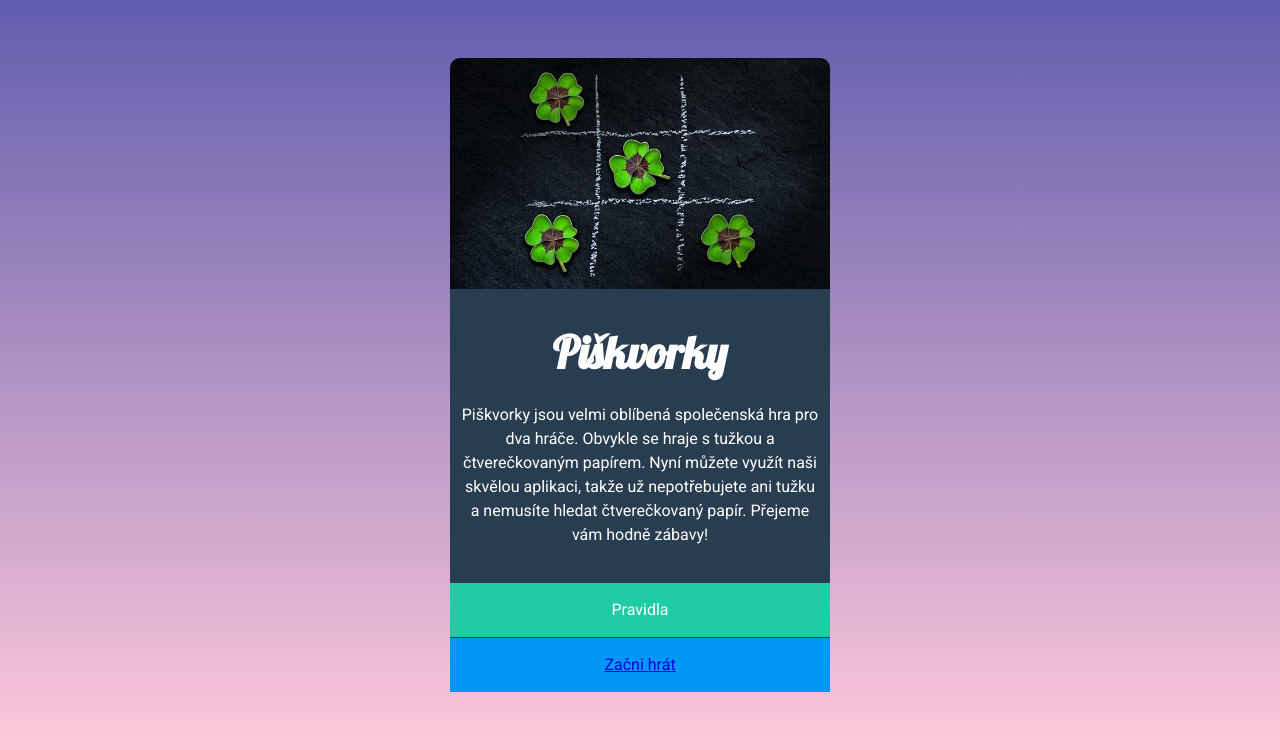
Repository: VerPro/piskvorky
Page: index.html
The author's editor kept a copy of each file at every save. The page is drawn from the files as they stood at one save, then again after the next save.
The browser window is 1280 px wide. The pictures show the whole page.

Above is the page before, as saved 2021-03-24 21:45:13.

### index.html
<!DOCTYPE html>
<html lang="cs">
  <head>
    <meta charset="UTF-8" />
    <meta http-equiv="X-UA-Compatible" content="IE=edge" />
    <meta name="viewport" content="width=device-width, initial-scale=1.0" />
    <title>Piškvorky</title>
    <link rel="preconnect" href="https://fonts.gstatic.com" />
    <link
      href="https://fonts.googleapis.com/css2?family=Lobster&family=Roboto&display=swap"
      rel="stylesheet"
    />
    <link rel="stylesheet" href="styly.css" />
  </head>
  <body>
    <main>
      <img
        class="uvodniObrazek"
        src="uvodni.jpg"
        alt="Křídou nakreslený čtverec na černém pozadí rozdělený na 3 krát 3 menší čtverečky. Ve čtverčcích v diagonálním směru z levého horního rohu do pravého dolního rohu jsou umístěny zelené čtyřlístky. Další čtyřlístek je také umístěn ve čtverečku v levém spodním rohu. Obrázek evokuje hru Piškvorky. "
      />
      <h1 class="heading1Piskvorky">Piškvorky</h1>

      <p>
        Piškvorky jsou velmi oblíbená společenská hra pro dva hráče. Obvykle se
        hraje s tužkou a čtverečkovaným papírem. Nyní můžete využít naši skvělou
        aplikaci, takže už nepotřebujete ani tužku a nemusíte hledat
        čtverečkovaný papír. Přejeme vám hodně zábavy!
      </p>
      <nav class="buttons">
        <a class="buttonPravidla" href="index.html">Pravidla</a>
        <a class="buttonZacniHrat" href="index.html">Začni hrát</a>
      </nav>
    </main>
  </body>
</html>

### styly.css
body {
  background-image: linear-gradient(#615dad, #ffc8da);
  min-height: 100vh;
  background-repeat: no-repeat;
  background-size: cover;
  font-family: 'Roboto', sans-serif;
  color: #ffffff;
  line-height: 1.5;
  display: flex;
  justify-content: center;
  align-content: center;
  flex-wrap: wrap;
}

h1 {
  font-family: 'Lobster', cursive;
  text-align: center;
  margin-bottom: 0;
  font-size: 45px;
}

p {
  text-align: center;
  width: 95%;
  padding-bottom: 20px;
}

main {
  display: flex;
  flex-direction: column;
  align-items: center;
  width: 30%;
  margin: 50px;
  background-color: #283e50;
  border-radius: 10px 10px 0 0;
}

nav {
  display: flex;
  flex-direction: column;
  text-align: center;
  width: 100%;
  color: #ffffff;
}

.buttonPravidla {
  background-color: #1fcca4;
  padding: 15px;
  flex-grow: 1;
  border-bottom: 1px solid #283e50;
  text-decoration: none;
  color: #ffffff;
}

.buttonPravidla:hover {
  background-color: #1cbb96;
}

.buttonZacniHrat {
  background-color: #0197f6;
  padding: 15px;
  flex-grow: 1;
}

.buttonZacniHrat:hover {
  background-color: #0090e9;
}

img {
  width: 100%;
  border-radius: 10px 10px 0 0;
}

After the next save:
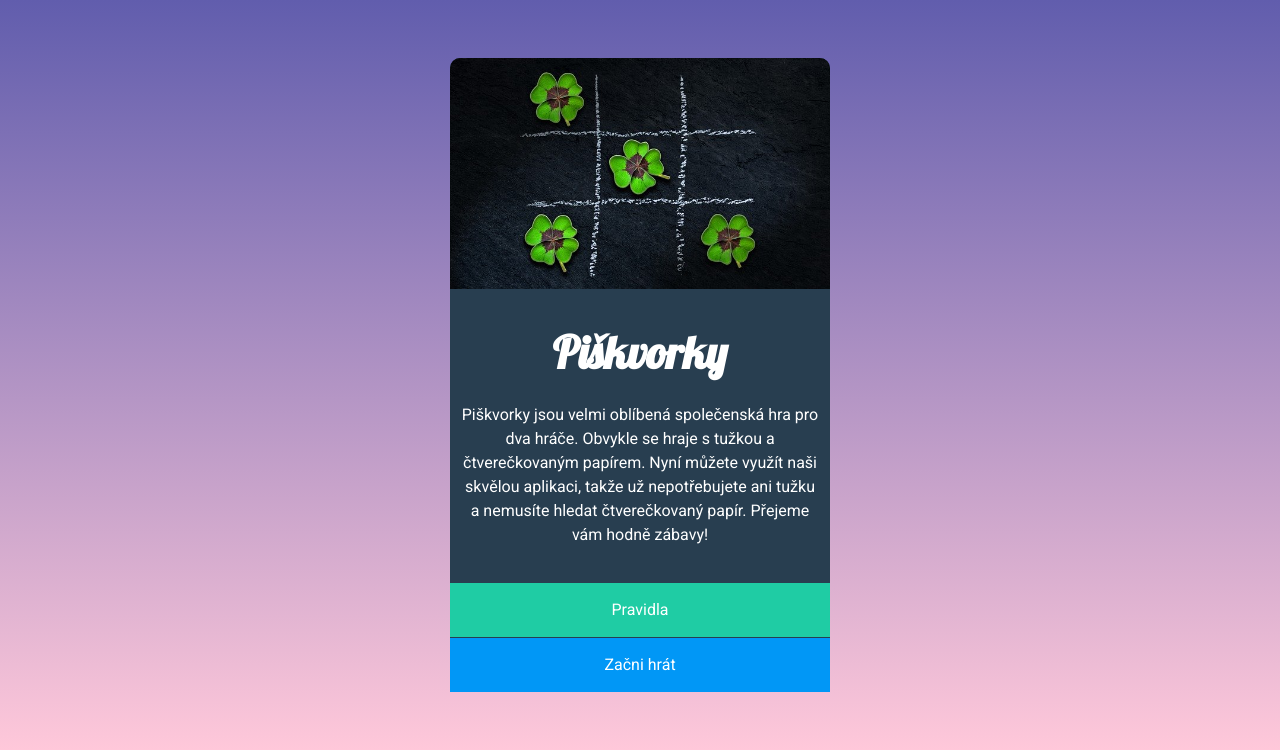
Saved 44 s later.
--- a/styly.css
+++ b/styly.css
@@ -47,9 +47,9 @@ nav {
   background-color: #1fcca4;
   padding: 15px;
   flex-grow: 1;
-  border-bottom: 1px solid #283e50;
   text-decoration: none;
   color: #ffffff;
+  border-bottom: 1px solid #283e50;
 }
 
 .buttonPravidla:hover {
@@ -60,6 +60,8 @@ nav {
   background-color: #0197f6;
   padding: 15px;
   flex-grow: 1;
+  text-decoration: none;
+  color: #ffffff;
 }
 
 .buttonZacniHrat:hover {
